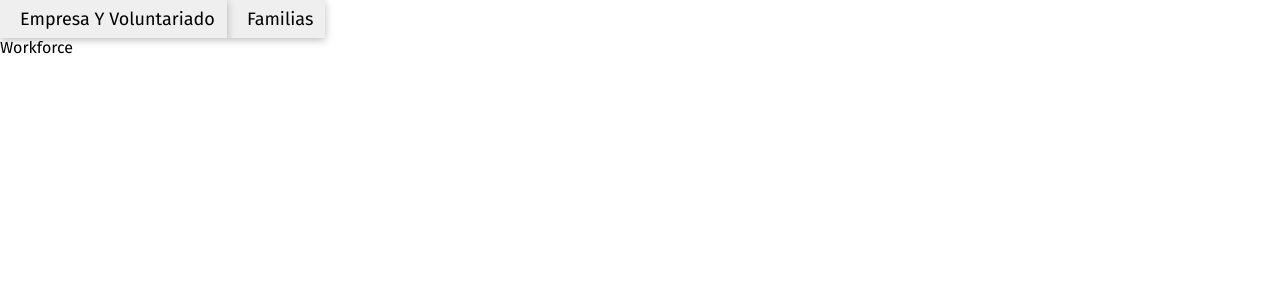
Repository: Synergy-club/reconstruction
Page: /
An editor plug-in stored every save of this project. The page is shown before and after the next save, followed by the edit.
The browser window is 1280 px wide. The pictures show the whole page.
The project was rebuilt for these pictures with package versions that can differ from the ones it lists, and the page was loaded fresh each time. Also part of the build but not shown: vite.config.js, src/views/Families/Families.jsx.

Above is the page before, as saved 2024-12-10 01:13:12.

After the next save:
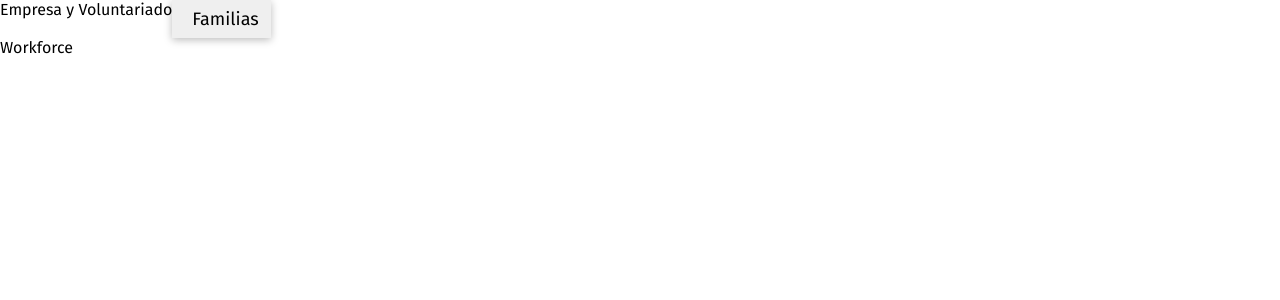
Saved 32 s later.
--- a/src/components/Header/Header.jsx
+++ b/src/components/Header/Header.jsx
@@ -4,7 +4,7 @@ import './Header.css'
 const Header = () => {
   return (
     <nav className='nav__container'>
-      <button><Link to='/' />Empresa y Voluntariado</button>
+      <div><Link to='/' />Empresa y Voluntariado</div>
       <button><Link to='familias' />Familias</button>
     </nav>
   )
